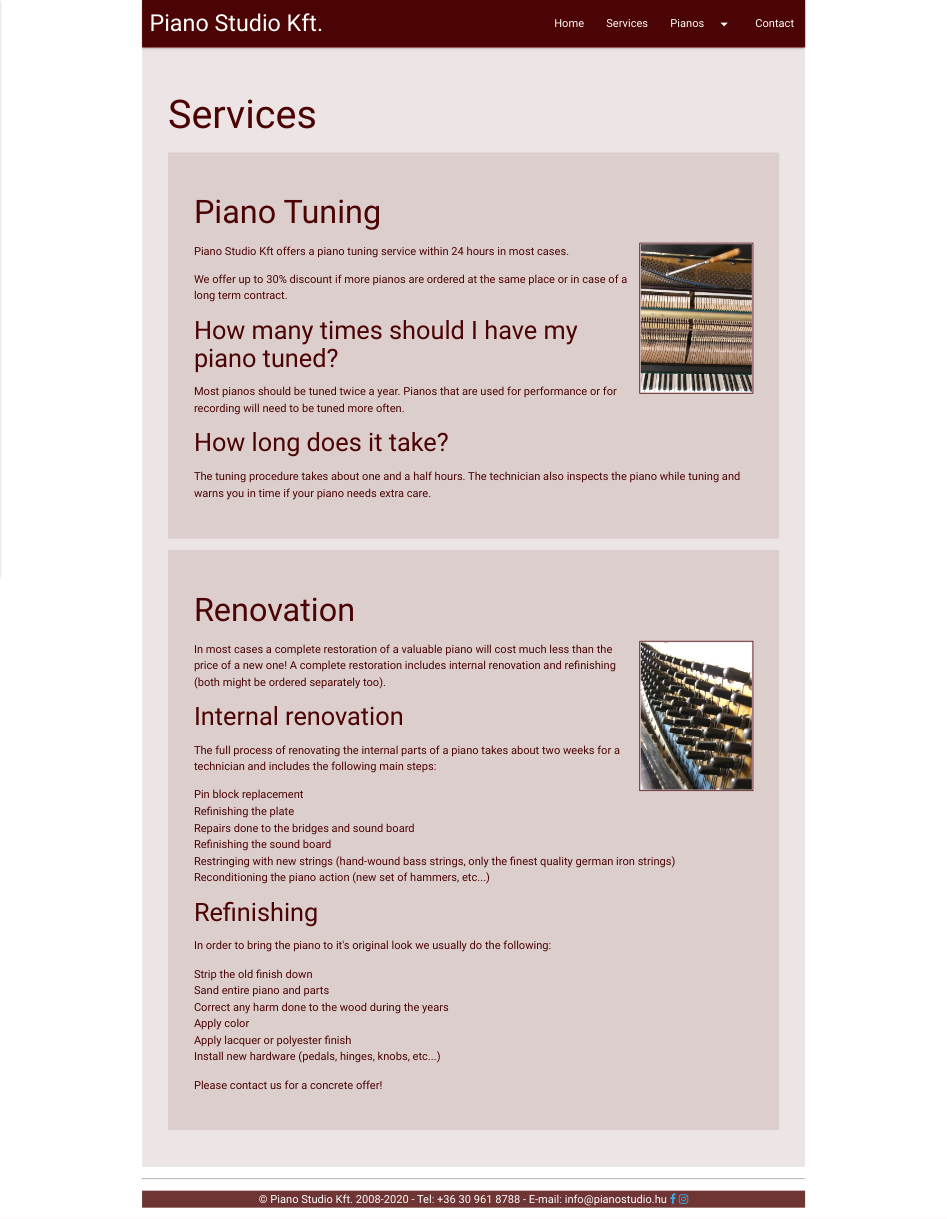
Repository: badiattila/pianostudioheroku
Page: http://localhost/services
The author's editor kept a record of every edit. The page is drawn from the files as they stood at one moment, then again after the next edit.
The browser window is 1280 px wide. The pictures show the whole page, at 74% of full size.
Some web libraries are served in a nearby version. The page is served by the project's application, run on Flask 3 (app.py).

Above is the page before.

### templates/services.html
{% extends 'base.html' %} {% block content %}

<!-- Services -->
<div class="op" id="services">
    <h2>Services</h2>
    <p></p>

    <div>
        <div class="op" id="tuning">
            <h3>Piano Tuning</h3>
            <img class="right-teaser" src="{{url_for('static', filename='pictures/hangolas.jpg')}}" alt="Piano Tuning" />
            <p>Piano Studio Kft offers a piano tuning service within 24 hours in most cases.</p>

            <p>We offer up to 30% discount if more pianos are ordered at the same place or in case of a long term contract.</p>

            <h4>How many times should I have my piano tuned?</h4>
            <p>Most pianos should be tuned twice a year. Pianos that are used for performance or for recording will need to be tuned more often.</p>

            <h4>How long does it take?</h4>
            <p>The tuning procedure takes about one and a half hours. The technician also inspects the piano while tuning and warns you in time if your piano needs extra care.</p>
        </div>
        <div class="op" id="renovation">
            <h3>Renovation</h3>
            <img class="right-teaser" src="{{url_for('static', filename='pictures/pins.jpg')}}" alt="Piano Pins" />
            <p>In most cases a complete restoration of a valuable piano will cost much less than the price of a new one! A complete restoration includes internal renovation and refinishing (both might be ordered separately too).</p>

            <h4>Internal renovation</h4>
            <p>The full process of renovating the internal parts of a piano takes about two weeks for a technician and includes the following main steps:</p>
            <ul>
                <li>Pin block replacement</li>
                <li>Refinishing the plate</li>
                <li>Repairs done to the bridges and sound board</li>
                <li>Refinishing the sound board</li>
                <li>Restringing with new strings (hand-wound bass strings, only the finest quality german iron strings)</li>
                <li>Reconditioning the piano action (new set of hammers, etc...)</li>
            </ul>
            <h4>Refinishing</h4>
            <p>In order to bring the piano to it's original look we usually do the following:</p>
            <ul>
                <li>Strip the old finish down</li>
                <li>Sand entire piano and parts</li>
                <li>Correct any harm done to the wood during the years</li>
                <li>Apply color</li>
                <li>Apply lacquer or polyester finish</li>
                <li>Install new hardware (pedals, hinges, knobs, etc...)</li>
            </ul>
            <p>Please contact us for a concrete offer!</p>
        </div>
    </div>
</div>
<hr> {% endblock %}

### templates/base.html
<!DOCTYPE html>

<html lang="en">

<head>

    <!-- Meta tags -->
    <meta charset="utf-8">
    <!-- Font awsome -->
    <link rel="stylesheet" href="https://maxcdn.bootstrapcdn.com/font-awesome/4.7.0/css/font-awesome.min.css" type="text/css" />
    <!-- Hover -->
    <link rel="stylesheet" href="https://cdnjs.cloudflare.com/ajax/libs/hover.css/2.1.1/css/hover-min.css" type="text/css" />
    <!-- Material icons by Google -->
    <link href="https://fonts.googleapis.com/icon?family=Material+Icons" rel="stylesheet">
    <!-- Compiled and minified materialize CSS -->
    <link rel="stylesheet" href="https://cdnjs.cloudflare.com/ajax/libs/materialize/0.100.2/css/materialize.min.css">
    <!-- Specific Css for this website -->
    <link rel="stylesheet" href="{{url_for('static', filename='css/style.css')}}" type="text/css" />

    <title>Piano Studio Kft. - Services - </title>
    <link href="{{url_for('static', filename='pictures/favicon.ico')}}" rel="shortcut icon" type="image/x-icon" />
    <meta name="description" content="Piano rental, tuning and repair - Piano Studio Kft." />
    <meta name="keywords" content="Piano rental,piano tuning,piano repair,piano studio" />
    <meta name="copyright" content="Piano Studio Kft." />
    <meta name="author" content="Attila Badi/Piano Studio Kft." />
    <meta name="email" content="info@pianostudio.hu" /> {% block head %} {% endblock %}


</head>

<body>
    <div class="container">
        <header>
            <ul id="dropdown2" class="dropdown-content">
                <li><a href="{{url_for('pianos_for_sale')}}">Sale</a></li>
                <li><a href="{{url_for('createadd')}}">Create Add</a></li>
            </ul>
            <nav>
                <div class="nav-wrapper redbg">
                    <a href="{{url_for('index')}}" class="brand-logo">Piano Studio Kft.</a>
                    <a href="#" data-activates="mobile-demo" class="button-collapse"><i class="material-icons">menu</i></a>
                    <ul id="nav-mobile" class="right hide-on-med-and-down">
                        <li><a href="{{url_for('index')}}">Home</a></li>
                        <li><a href="{{url_for('services')}}">Services</a></li>
                        <!-- Dropdown Trigger -->
                        <li><a class="dropdown-trigger" href="#!" data-target="dropdown2">Pianos<i class="material-icons right">arrow_drop_down</i></a></li>

                        <li><a href="{{url_for('contact')}}">Contact</a></li>
                    </ul>
                    <ul class="side-nav" id="mobile-demo">
                        <li><a href="{{url_for('index')}}">Home</a></li>
                        <li><a href="{{url_for('services')}}">Services</a></li>
                        <li><a href="{{url_for('pianos_for_sale')}}">Sale</a></li>
                        <li><a href="{{url_for('createadd')}}">Create Add</a></li>
                        <li><a href="{{url_for('contact')}}">Contact</a></li>
                    </ul>
                </div>
            </nav>

        </header>
        {% block content %} {% endblock %}

        <footer class="footer redbg">
            <p>&copy; Piano Studio Kft. 2008-2020 - Tel: +36 30 961 8788 - E-mail: info@pianostudio.hu
                <a target="_blank" href="https://www.facebook.com/zongoraterem"><i class="fa fa-facebook" aria-hidden="true"></i></a>
                <a target="_blank" href="https://www.instagram.com/pianostudiokft"><i class="fa fa-instagram" aria-hidden="true"></i></a>
            </p>
        </footer>
    </div>

    <script src="https://code.jquery.com/jquery-3.4.1.min.js" integrity="sha256-CSXorXvZcTkaix6Yvo6HppcZGetbYMGWSFlBw8HfCJo=" crossorigin="anonymous"></script>
    <script src="https://cdnjs.cloudflare.com/ajax/libs/materialize/0.100.2/js/materialize.min.js"></script>

    <script>
        $(document).ready(function() {
            $('.modal').modal();
            $('.dropdown-trigger').dropdown();
            $('.collapsible').collapsible();
            $('select').material_select();
            $('.button-collapse').sideNav();
        });
    </script>

</body>

</html>

### app.py
import os
from flask import Flask, render_template, redirect, request, url_for
from flask_pymongo import PyMongo
from bson.objectid import ObjectId
from flask_mail import Mail, Message

app = Flask(__name__)

app.config["MONGO_DBNAME"] = 'piano_studio'
app.config["MONGO_URI"] = 'mongodb://attilabadi:K00nK00n1234@mycodeinstitutecluster-shard-00-00-wpsfr.mongodb.net:27017,mycodeinstitutecluster-shard-00-01-wpsfr.mongodb.net:27017,mycodeinstitutecluster-shard-00-02-wpsfr.mongodb.net:27017/piano_studio?ssl=true&replicaSet=MyCodeInstituteCluster-shard-0&authSource=admin&retryWrites=true&w=majority'
mongo = PyMongo(app)

app.config.update(
	DEBUG=True,
	#EMAIL SETTINGS
	MAIL_SERVER='mail.pianostudio.hu',
	MAIL_PORT=465,
	MAIL_USE_SSL=True,
	MAIL_USERNAME = 'contact@pianostudio.hu',
	MAIL_PASSWORD = os.environ.get('SMTPPW')
	)
mail = Mail(app)

@app.route('/')
@app.route('/index')
def index():
        return render_template("index.html")

@app.route('/contact')
def contact():
        return render_template("contact.html")

@app.route('/services')
def services():
        return render_template("services.html")

@app.route('/pianos_for_sale')
def pianos_for_sale():
        return render_template("pianos_for_sale.html", pianos=mongo.db.pianos_4_sale.find(), images=mongo.db.pianos_4_sale.find())

@app.route('/createadd')
def createadd():
        return render_template("create_add.html")

@app.route('/insert_add', methods=['POST'])
def insert_add():
        file_id = mongo.save_file(request.files['picture'].filename, request.files['picture'])
        mongo.db.pianos_4_sale.insert({
            'brand': request.form.get('brand') ,
            'description' : request.form.get('description') ,
            'age' : request.form.get('age') ,
            'price' : request.form.get('price') ,
            'file_name' : request.files['picture'].filename})
        return redirect(url_for('pianos_for_sale'))

@app.route('/file/<file_name>')
def file(file_name):
    return mongo.send_file(file_name)

@app.route('/delete_piano/<piano_id>')
def delete_piano(piano_id):
    mongo.db.pianos_4_sale.remove({'_id': ObjectId(piano_id)})
    return redirect(url_for('pianos_for_sale'))

@app.route('/edit_piano/<piano_id>')
def edit_piano(piano_id):
    return render_template('edit_piano.html', piano=mongo.db.pianos_4_sale.find_one({"_id": ObjectId(piano_id)}))


@app.route('/update_piano/<piano_id>', methods=['POST'])
def update_piano(piano_id):
    file_id = mongo.save_file(request.files['picture'].filename, request.files['picture'])
    mongo.db.pianos_4_sale.update( {'_id': ObjectId(piano_id)},
    {
            'brand': request.form.get('brand') ,
            'description' : request.form.get('description') ,
            'age' : request.form.get('age') ,
            'price' : request.form.get('price') ,
            'file_name' : request.files['picture'].filename
    })
    return redirect(url_for('pianos_for_sale'))

@app.route('/send_mail/', methods=['POST'])
def send_mail():
	try:
		msg = Message("Contact form mail from pianostudio",
		  sender=request.form.get('user_email'),
		  recipients=["attila.badi@gmail.com"])
		msg.body = request.form.get('message')
		mail.send(msg)
		return 'Mail sent!'
	except:
		return "Something went wrong"

if __name__ == '__main__':
    app.run(host=os.environ.get('IP'),
        port=int(os.environ.get('PORT')),
        debug=True)

### static/css/style.css
.left {
  float: left;
}

.right {
  float: right;
}

/* Picture formatting for gallery and teaser pictures */

.right-teaser {
  padding: 1px;
  border: 1px solid #4c0303;
  float: right;
  margin: 0 0 1em 1em;
  width: 12vw;
}

.galery-pic {
  padding: 1px;
  border: 1px solid #4c0303;
  margin: 0 0 1em 1em;
  width: 12vw;
}

.btn_small {
  height: 24px;
  width: 60px;
  line-height: 24px;
  margin: 5px 5px;
  padding: 0 0.5em;
}

.btn_mid {
  height: 24px;
  width: 120px;
  line-height: 24px;
  margin: 5px 5px;
  padding: 0 0.5em;
}

.footer {
  color: white;
  opacity: 0.8;
  filter: alpha(opacity=80);
  text-align: center;
}

.redbg {
  background-color: #4c0303;
}

.nav-wrapper {
  padding-left: 10px;
}

/* Opacity classes for different elements */

.op {
  background: rgba(76, 3, 3, 0.1);
  /*background with 30% opacity */
  color: rgba(76, 3, 3);
  padding: 35px;
  margin-bottom: 15px;
}

.dropdown-content {
  width: max-content !important;
  height: auto !important;
}

/* ID based background behaviour */
#intro {
    background-attachment: scroll;
    background-image: url('../pictures/4k-wallpaper-close-up-fingers-1246437.jpg');
    background-position: center;
    background-size: cover;
    width: 100vw;
    background-repeat: no-repeat;
    position: relative;
}

After the next edit:
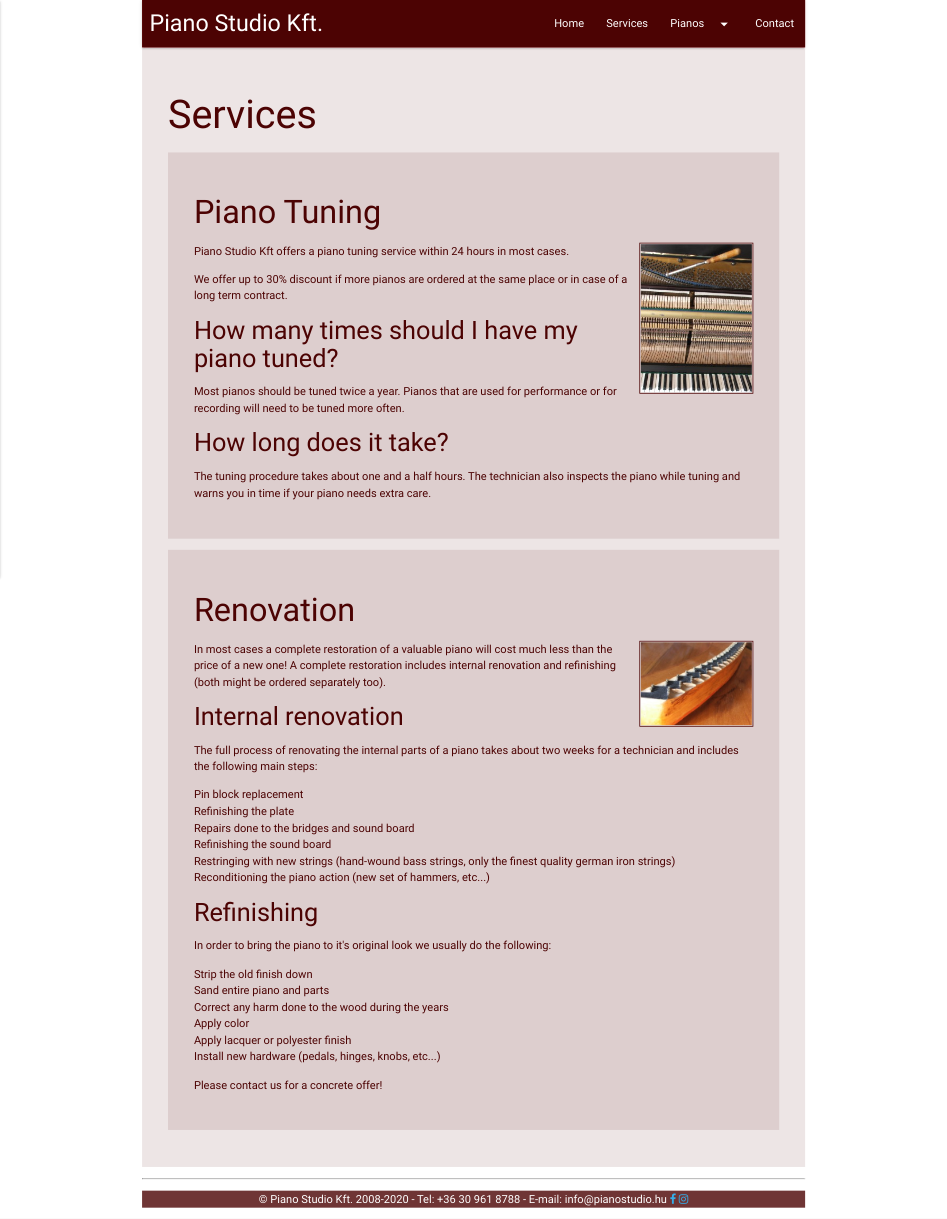
The edit:
--- a/templates/services.html
+++ b/templates/services.html
@@ -21,7 +21,7 @@
         </div>
         <div class="op" id="renovation">
             <h3>Renovation</h3>
-            <img class="right-teaser" src="{{url_for('static', filename='pictures/pins.jpg')}}" alt="Piano Pins" />
+            <img class="right-teaser" src="{{url_for('static', filename='pictures/st.jpg')}}" alt="Piano Pins" />
             <p>In most cases a complete restoration of a valuable piano will cost much less than the price of a new one! A complete restoration includes internal renovation and refinishing (both might be ordered separately too).</p>
 
             <h4>Internal renovation</h4>
